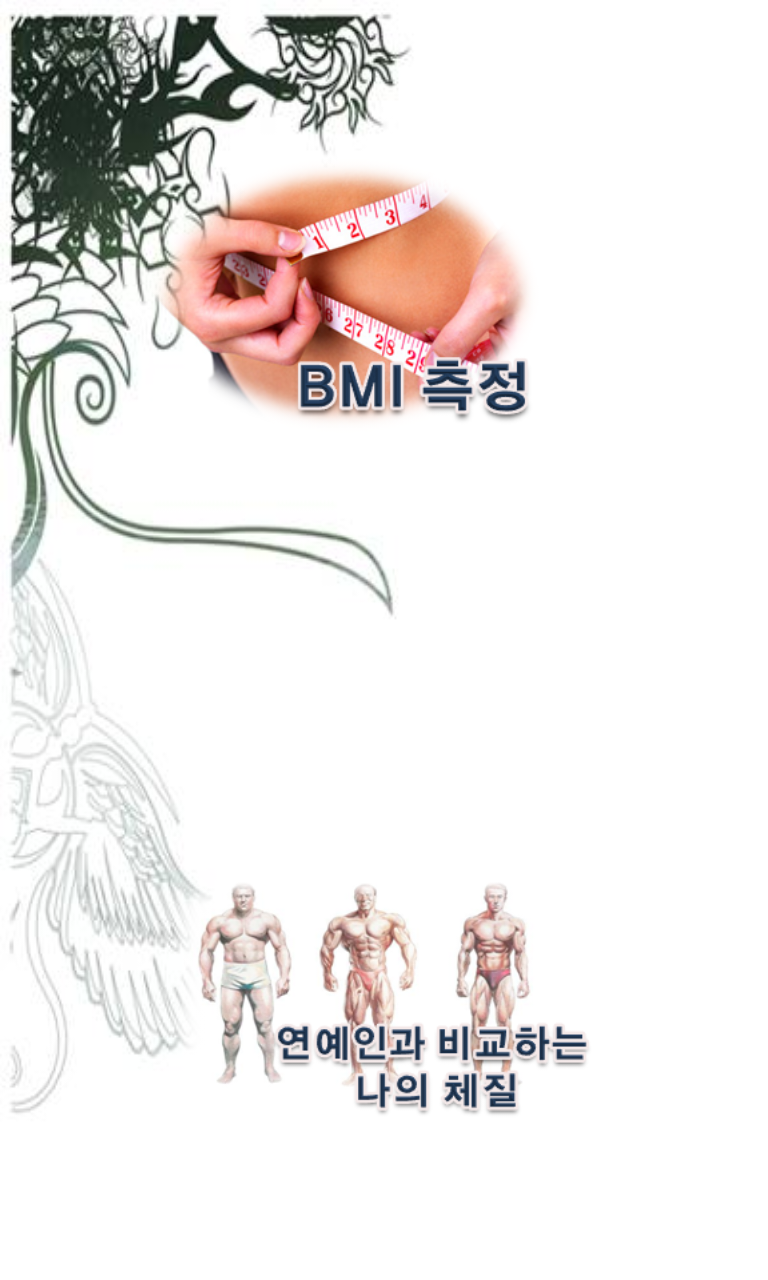
Repository: LewisLim579/2013TeamProject
Layout: PtsApp/res/layout/distinguish.xml
These files come from the project's save history. The layout is drawn as it stood at one moment and after the next save; the edit follows.
It is drawn on a 768 x 1280 px phone screen (xhdpi) without system bars, with theme android:Theme.NoTitleBar.Fullscreen; the app's code is not run.

Above is the layout before, as saved 2013-05-24 06:43:00.

After the next save:
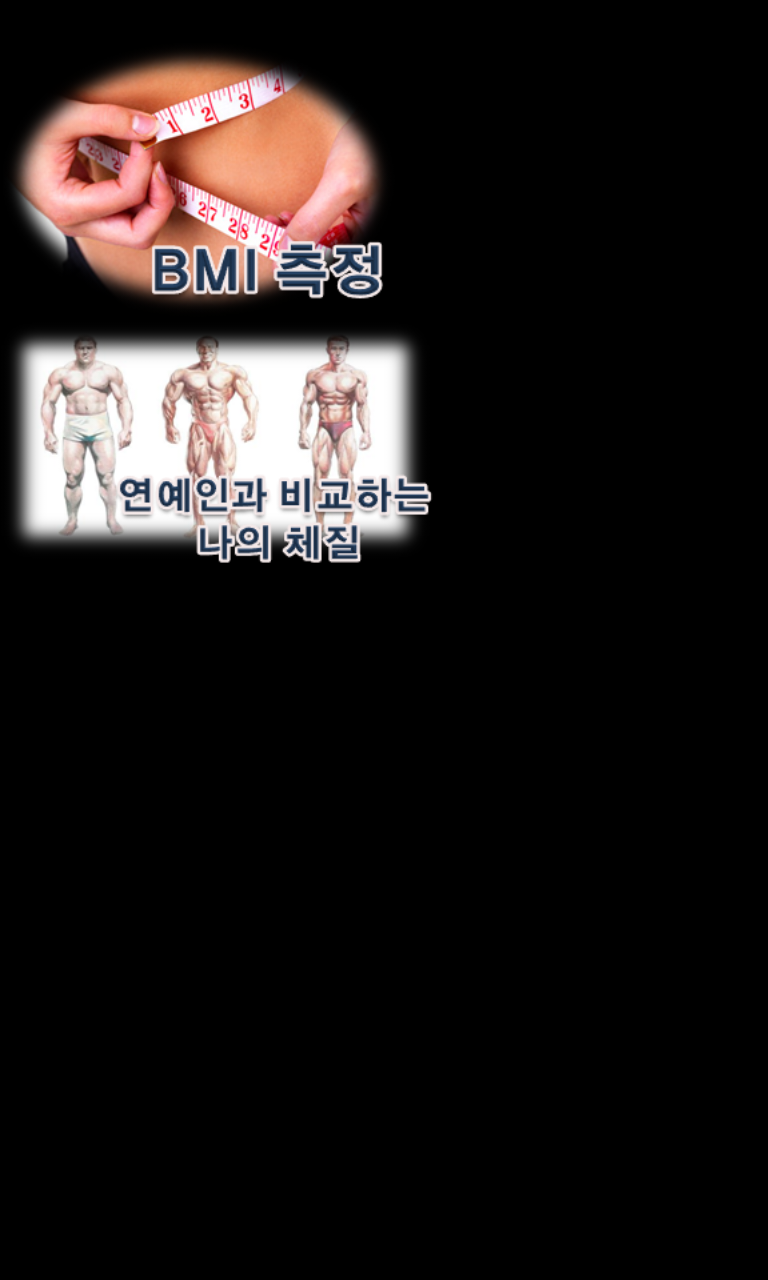
Saved 2 min 48 s later.
--- a/PtsApp/res/layout/distinguish.xml
+++ b/PtsApp/res/layout/distinguish.xml
@@ -1,16 +1,18 @@
-<?xml version="1.0" encoding="utf-8"?>
-<RelativeLayout xmlns:android="http://schemas.android.com/apk/res/android"
-    android:layout_width="match_parent"
-    android:layout_height="match_parent"
-    android:background="@drawable/back" >
+<LinearLayout xmlns:android="http://schemas.android.com/apk/res/android"
+    android:layout_width="fill_parent"
+    android:layout_height="fill_parent"
+    android:orientation="vertical" >
 
-    <ImageButton
+    <LinearLayout
+        android:layout_width="match_parent"
+        android:layout_height="wrap_content"
+        android:orientation="vertical"
+        android:layout_marginBottom="30dp" >
+        <ImageButton
         android:id="@+id/bbt1"
         android:layout_width="wrap_content"
         android:layout_height="wrap_content"
-        android:layout_alignParentTop="true"
-        android:layout_centerHorizontal="true"
-        android:layout_marginTop="78dp"
+        android:layout_marginTop="20dp"
         android:background="#00000000"
         android:src="@drawable/bmibtn" />
 
@@ -18,10 +20,10 @@
         android:id="@+id/bbt2"
         android:layout_width="wrap_content"
         android:layout_height="wrap_content"
-        android:layout_alignParentBottom="true"
-        android:layout_alignRight="@+id/bbt1"
-        android:layout_marginBottom="76dp"
+        android:layout_marginBottom="20dp"
         android:background="#00000000"
         android:src="@drawable/che2" />
 
-</RelativeLayout>
+    </LinearLayout>
+
+</LinearLayout>
